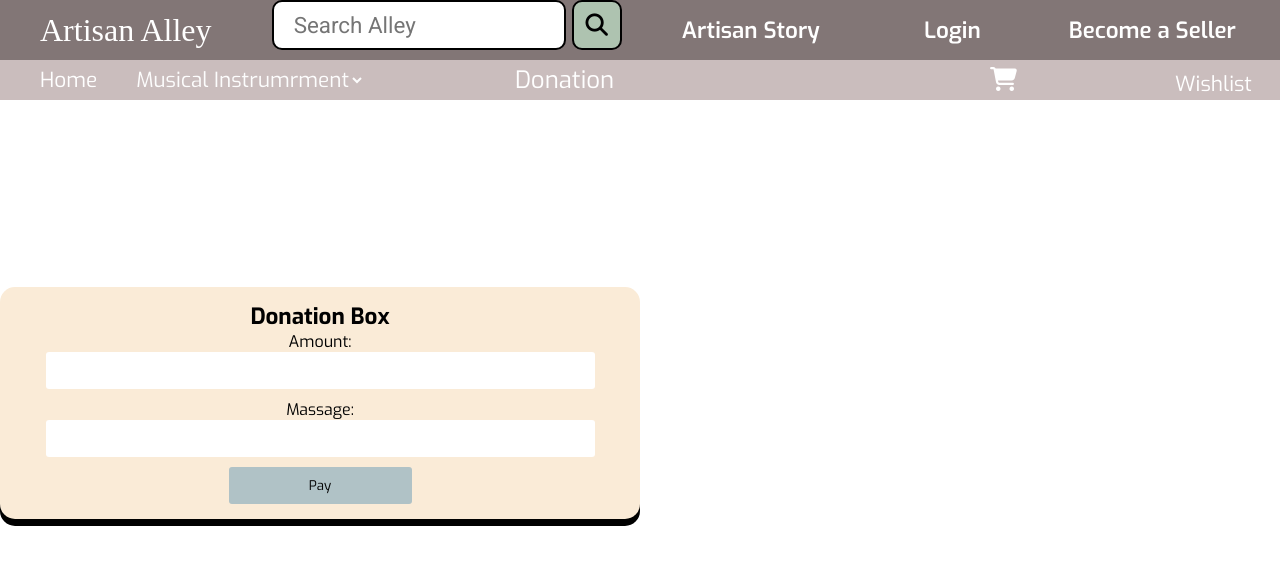
Repository: RingkhangBTY/Bytehacks_Hackathon_Project
Page: donation.html
These files come from the project's save history. The page is drawn as it stood at one moment and after the next save; the edit follows.
The browser window is 1280 px wide. The pictures show the whole page.
The pointer rests on the first visible `.donation-cont`.
Some web fonts or font styles are not loaded; a fallback is used.

Above is the page before, as saved 2024-11-27 10:42:28.

### donation.html
<!DOCTYPE html>
<html lang="en">
<head>
    <meta charset="UTF-8">
    <meta name="viewport" content="width=device-width, initial-scale=1.0">
    <title>Document</title>
    <link
      rel="stylesheet"
      href="https://cdnjs.cloudflare.com/ajax/libs/font-awesome/6.7.1/css/all.min.css"
      integrity="sha512-5Hs3dF2AEPkpNAR7UiOHba+lRSJNeM2ECkwxUIxC1Q/FLycGTbNapWXB4tP889k5T5Ju8fs4b1P5z/iB4nMfSQ=="
      crossorigin="anonymous"
      referrerpolicy="no-referrer"
    />
    <link rel="stylesheet" href="style.css">
</head>
<body>
    <header>
        <div class="split-div">
            <div class="half half-top">
              <a href="index.html" class="logo">Artisan Alley</a>

              <div class="searchdiv">
                <input
                  type="text"
                  placeholder="Search Alley"
                  class="searchbar"
                  id=""
                />

                <div class="search-icon">
                  <button class="alley-search">
                    <i class="fa-solid fa-magnifying-glass"></i>
                  </button>
                </div>
              </div>

              <div class="artisan-story">
                <a href="artisan-story.html" class="story" id="">Artisan Story</a>
              </div>

              <div class="login-and-seller">
                <a href="login/login.html" class="account-login login" id="">Login</a>
                <a href="" class="seller-login login" id="">Become a Seller</a>
              </div>
            </div>

            <div class="half half-bottom">
              <div class="home-and-categories nav2">
                <a href="index.html" class="home">Home</a>

                <label for="categories"></label>
                <select id="categories" class="categories">
                  <option value="" disabled selected>Categories</option>
                  <option value="" selected>Painting</option>
                  <option value="" selected>Sculpture</option>
                  <option value="" selected>Drawing</option>
                  <option value="" selected>Handcraft</option>
                  <option value="" selected>Musical Instrumrment</option>
                </select>
              </div>

              <div class="donation-container nav2">
                <a class="donation" href="donation.html">Donation</a>
              </div>

              <div class="cart-wishlist nav2">
                <a href="index.html" class="cart" id=""
                  ><i class="fa-solid fa-cart-shopping"></i
                ></a>

                <button class="wishlist" id="">Wishlist</button>
              </div>
            </div>
          </div>
    </header>

    <main>
        <div class="donation-cont">
            <!-- <h2>Welcome to </h2> -->
            <form id="donation from">
                <h3>Donation Box</h3>
                <lab for="donation">Amount:</lab>
                <input type="amount" id="text" name="donate" required>

                <lab for="donation"> Massage:</lab>
                <input type="text" id="text" name="donate" >

                <button type="submit">Pay</button>
            </form>
        </div>
    </main>
</body>
</html>

### style.css
@import url("https://fonts.googleapis.com/css2?family=Roboto:ital,wght@0,100;0,300;0,400;0,500;0,700;0,900;1,100;1,300;1,400;1,500;1,700;1,900&display=swap");
@import url("https://fonts.googleapis.com/css2?family=Edu+AU+VIC+WA+NT+Pre:wght@400..700&display=swap");
@import url("https://fonts.googleapis.com/css2?family=Exo:ital,wght@0,100..900;1,100..900&display=swap");

* {
  margin: 0;
  padding: 0;
  box-sizing: border-box;
  font-family: Exo;
}

body {
  header {
    .split-div {
      width: 100%;
      height: 30%;

      .half {
        width: 100%;
      }

      .half-top {
        background-color: #827676;
        height: 70%;
        display: flex;
        justify-content: space-between;
        align-items: center;

        .logo {
          text-decoration: none;
          color: white;
          font-size: 2rem;
          font-family: Edu AU VIC WA NT Pre, cursive;
          font-weight: 500;
          margin-left: 40px;
        }

        .searchdiv {
          display: flex;

          .searchbar {
            height: 50px;
            width: 100%;
            border: black 2px solid;
            outline: none;
            border-radius: 10px;
            padding-left: 20px;
            font-size: 1.4rem;
            font-family: Roboto;
            margin-right: 5px;
          }

          .alley-search {
            display: flex;
            justify-content: center;
            align-items: center;
            width: 50px;
            height: 50px;
            background-color: #aec3b0;
            border: 2px black solid;
            margin-left: 1px;
            border-radius: 10px;
            cursor: pointer;

            i {
              color: black;
              font-size: 1.4rem;
            }
          }
        }

        .artisan-story .story{
          color: white;
          font-size: 1.4rem;
          text-decoration: none;
          font-family: Exo;
          font-weight: 600;
        }

        .login-and-seller {
          height: 60px;
          width: 400px;
          display: flex;
          justify-content: space-around;
          align-items: center;
        }

        .login-and-seller .login {
          color: white;
          font-size: 1.4rem;
          text-decoration: none;
          font-family: Exo;
          font-weight: 600;
        }
      }

      .half-bottom {
        background-color: #cabdbd;
        height: 30%;
        display: flex;
        justify-content: space-between;
        align-items: center;

        .nav2 {
          height: 40px;
          width: 250px;
          display: flex;
          justify-content: space-between;
          align-items: center;
          margin-left: 40px;
          margin-right: 40px;

          .home {
            text-decoration: none;
            color: white;
            margin-right: 10%;
            font-size: 1.3rem;
          }

          .categories {
            height: 100%;
            padding-left: 10px;
            text-align: center;
            border: none;
            background: transparent;
            border-radius: 5px;
            outline: none;
            font-size: 1.3rem;
            color: #fdfdfd;
            cursor: pointer;
          }
          .categories option[selected]{
            margin-left: 20px;
            background-color: #e6f7ff;
            color: #2a2828;
          }

          .donation{
            display: block;
            text-decoration: none;
            font-size: 1.5rem;
            color: white;
          }

          .cart {
            text-decoration: none;
            font-size: 1.5rem;
            color: white;
          }

          .wishlist {
            height: 100%;
            border-radius: 5px;
            background: transparent;
            border: none;
            outline: none;
            font-size: 1.3rem;
            color: white;
          }
        }
      }
    }
  }
}

.products{
  display: flex;
  gap: 10px;
  margin: 10px;
}

.left-container,.middle-container,.right-container{
  display: flex;
  border-radius: 5px;
  padding: 5px;
  padding-top: 10px;
  width: auto;
}
.left-container{
  padding-left: 17%;
}
.right-container{
  padding-right: 17%;
}
.grid-layout{
  display: grid;
  grid-template-rows: auto ;
  gap: 10px;
}
.grid-item{
  background-color: antiquewhite;
  border: 1px solid #ccc;
  width: 100%;
  border-radius: 5px;
  text-align: center;
  padding: 10px;
  padding-bottom: 10px;
}
.grid-item img{
  width: 100%;
  height: auto;
  border-radius: 5px;
}
.grid-item p{
  font-size: large;
  font-family: Cambria, Cochin, Georgia, Times, 'Times New Roman', serif;
  margin-bottom: 5%;
}

footer{
  background-color: #827676;
    color: #fff;
    padding: 20px 40px;
    text-align: center;
}

.footer-container{
  display: flex;
  justify-content: space-between;
  flex-wrap: wrap;
    gap: 40px;
    max-width: 1200px;
    margin: 0 auto;
    padding-left: 20%;
    padding-right: 20%;
}

.imfo-container{
  display: flex;
    flex-direction: column;
    align-items: center;
    gap: 10px;
}

.imfo-container h6{
  display: flex;
  flex-direction: column;
  font-size: 1rem;
  line-height: 1.6rem;
  display: flex;
  flex-direction: column;
  align-items: center;
  color: #ddd;
  margin: 10px auto;
}
.imfo-container  p, .imfo-container a{
  font-size: 1rem;
  line-height: 1.6rem;
  color: #ddd;
  text-decoration: none;
  display: block;
}

.donation-cont{
  background-color: antiquewhite;
  border-radius: 15px;
  padding: 15px;
  width: 50%;
  text-align: center;
  margin-top: 15%;
}

.donation-cont h3{
  font-size: 1.4rem;
}

label{
  display: block;
  text-align: left;
  margin-bottom: 5px;
  font-weight: bold;
}

input{
  width: 90%;
  padding: 10px;
  margin-bottom: 10px;
  border: 1px snow;
  border-radius: 3px;
}

button{
  width: 30%;
  padding: 10px;
  background-color: rgb(176, 194, 198);
  color: rgb(4, 4, 4);
  border: none;
  border-radius: 3px;
  cursor: pointer;
}

.donation-cont:hover{
  transform: translateY(-5px);
  box-shadow: 0 7px ;
}

After the next save:
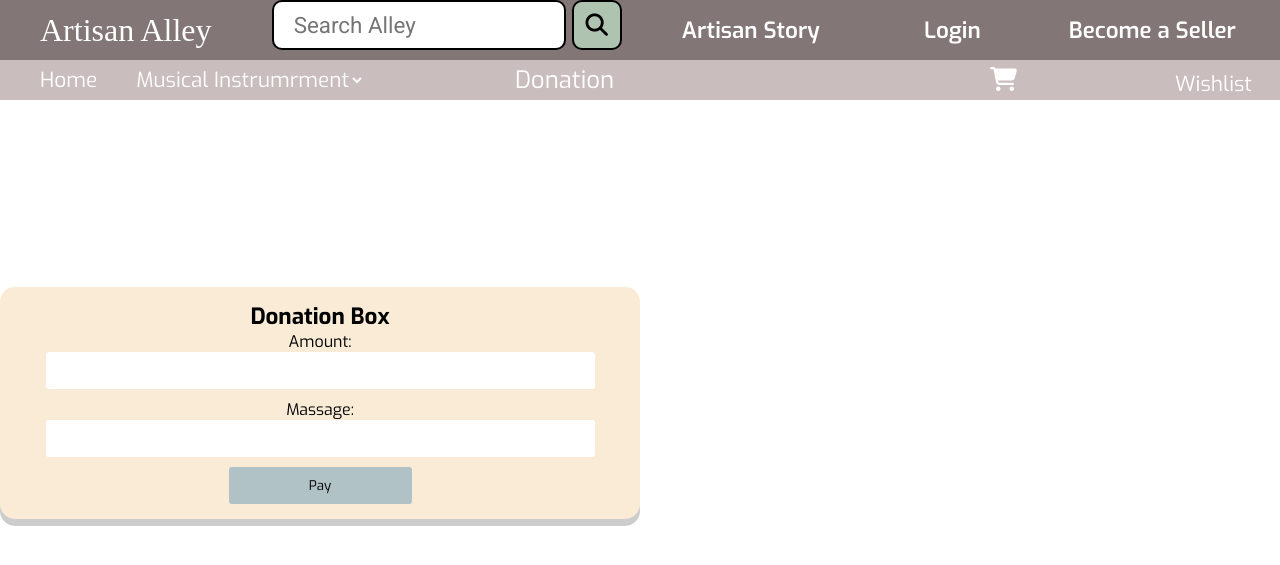
Saved 24 s later.
--- a/style.css
+++ b/style.css
@@ -291,5 +291,5 @@ button{
 
 .donation-cont:hover{
   transform: translateY(-5px);
-  box-shadow: 0 7px ;
-}
+  box-shadow: 0 7px rgba(0,0, 0, 0.2);
+}
